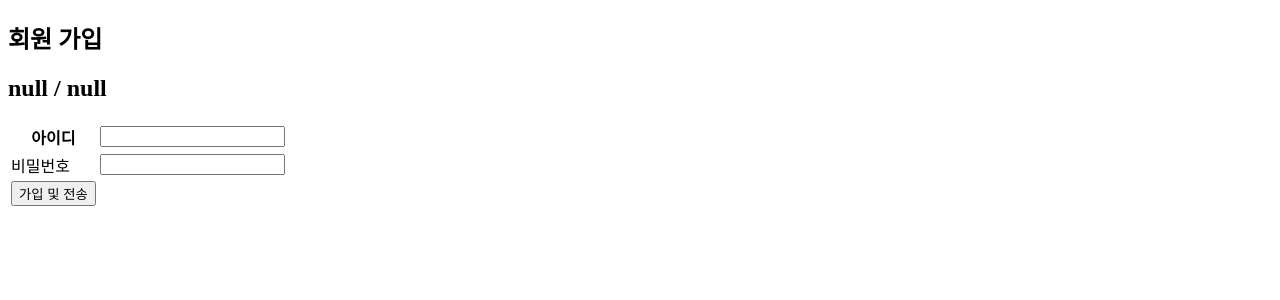
Repository: back-seung/academy
Page: http://localhost/SpringDay01/memberInputForm
The author's editor kept a copy of each file at every save. The page is drawn from the files as they stood at one save, then again after the next save.
The browser window is 1280 px wide. The pictures show the whole page.
The page is served by Tomcat 9.

Above is the page before, as saved 2021-11-22 12:24:49.

After the next save:
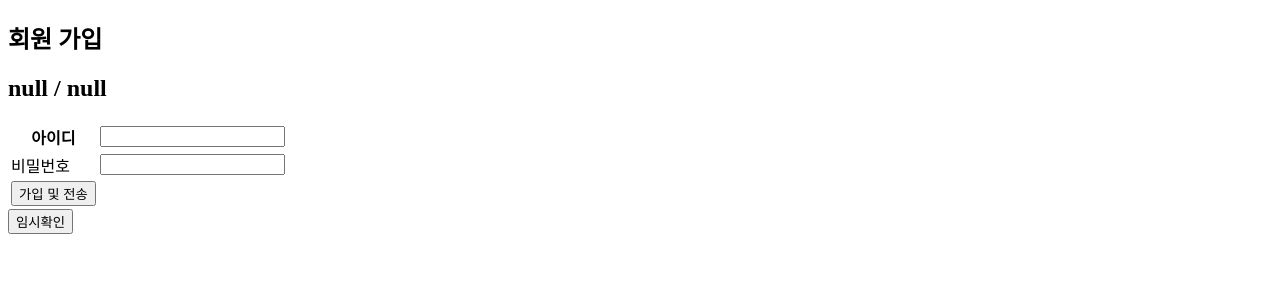
Saved 2 min 44 s later.
--- a/SpringDay01/src/main/webapp/WEB-INF/views/memberInput.jsp
+++ b/SpringDay01/src/main/webapp/WEB-INF/views/memberInput.jsp
@@ -24,6 +24,9 @@
         </tr>
       </table>
     </form>
+    <form action="memberInputForm">
+    <input type ="submit" value ="임시확인" />
+    </form>
     <script>
     </script>
   </body>
